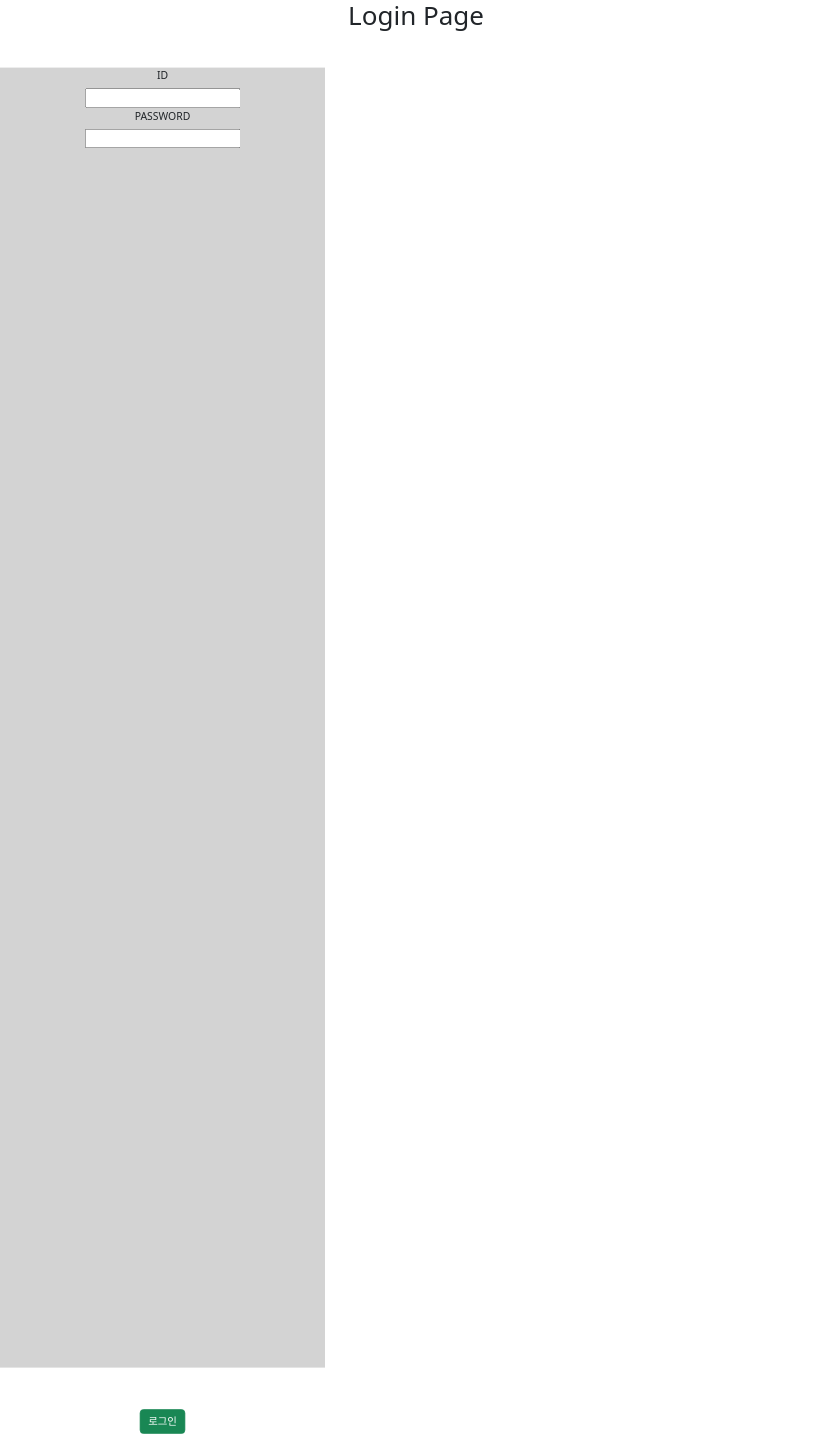
Repository: doridori890130/JSP
Page: http://localhost/jsp_project/mem/login
These files come from the project's save history. The page is drawn as it stood at one moment and after the next save; the edit follows.
The browser window is 1280 px wide. The pictures show the whole page, at 65% of full size.
The page is served by Tomcat 9.

Above is the page before, as saved 2023-06-01 03:58:14.

After the next save:
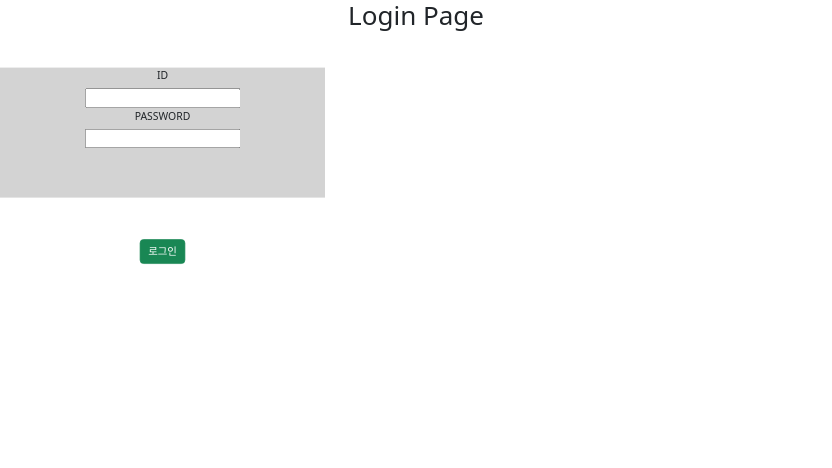
Saved 6 s later.
--- a/jsp_project4/jsp_project/src/main/webapp/member/login.jsp
+++ b/jsp_project4/jsp_project/src/main/webapp/member/login.jsp
@@ -15,7 +15,7 @@
  	text-align: center;
  	background-color: lightgray;
  	width: 500px;
- 	height: 2000px;
+ 	height: 200px;
  }
 </style>
 <title>Insert title here</title>
